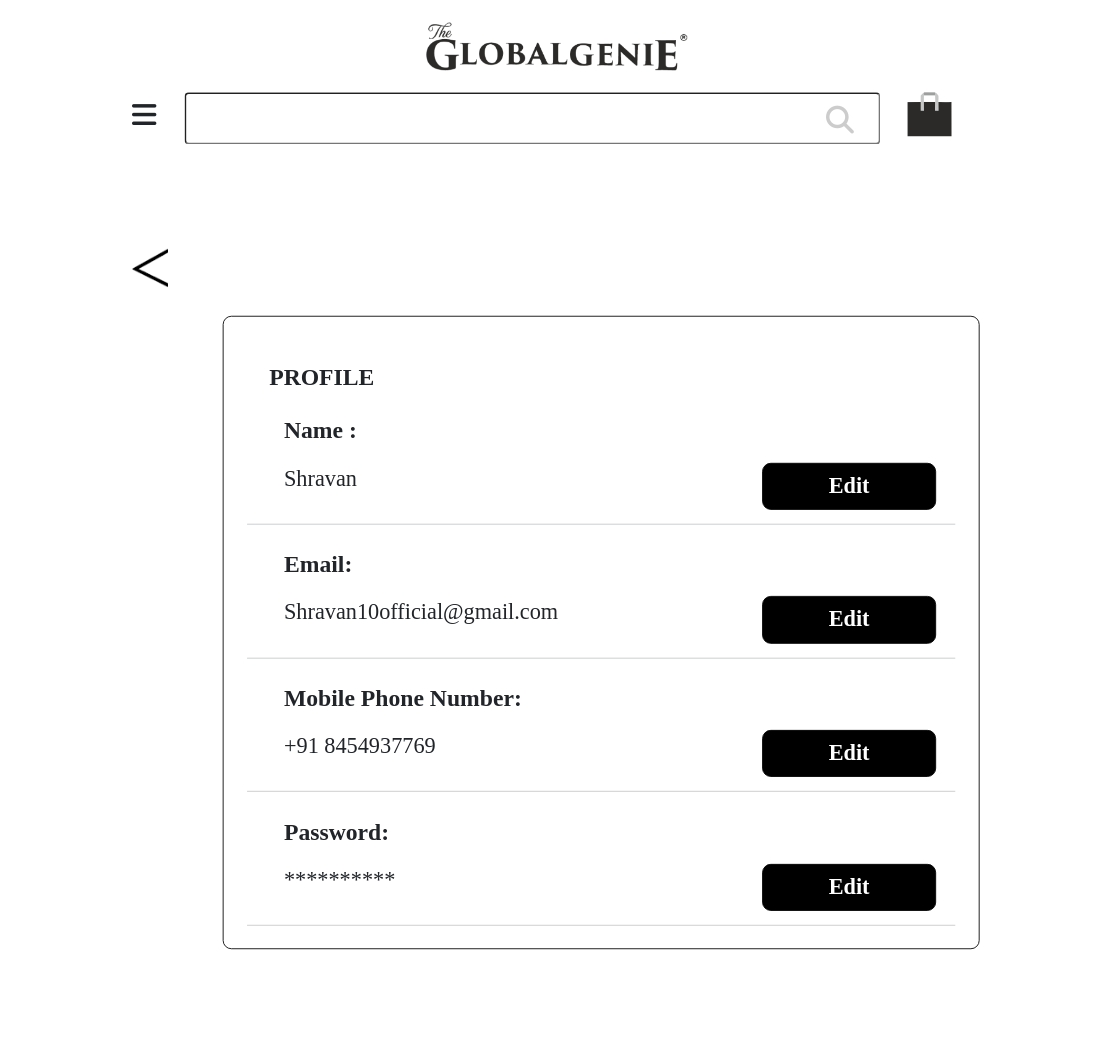
Repository: FlyweisReact/newGlobalGinie
Page: /profile
The author's editor kept a copy of each file at every save. The page is drawn from the files as they stood at one save, then again after the next save.
The browser window is 1280 px wide. The pictures show the whole page, at 87% of full size.
Some web libraries are served in a nearby version. The project was rebuilt for these pictures with package versions that can differ from the ones it lists, and the page was loaded fresh each time. Also part of the build but not shown: src/Component/Footer.js, src/Screen/Return.js, src/Screen/Address.js, src/Screen/AllOrders.js, src/Screen/AllProduct.js, src/Component/Hero2.js, src/Screen/Baby.css, src/Component/Reviews.js and 35 more.

Above is the page before, as saved 2023-02-16 19:31:14.

After the next save:
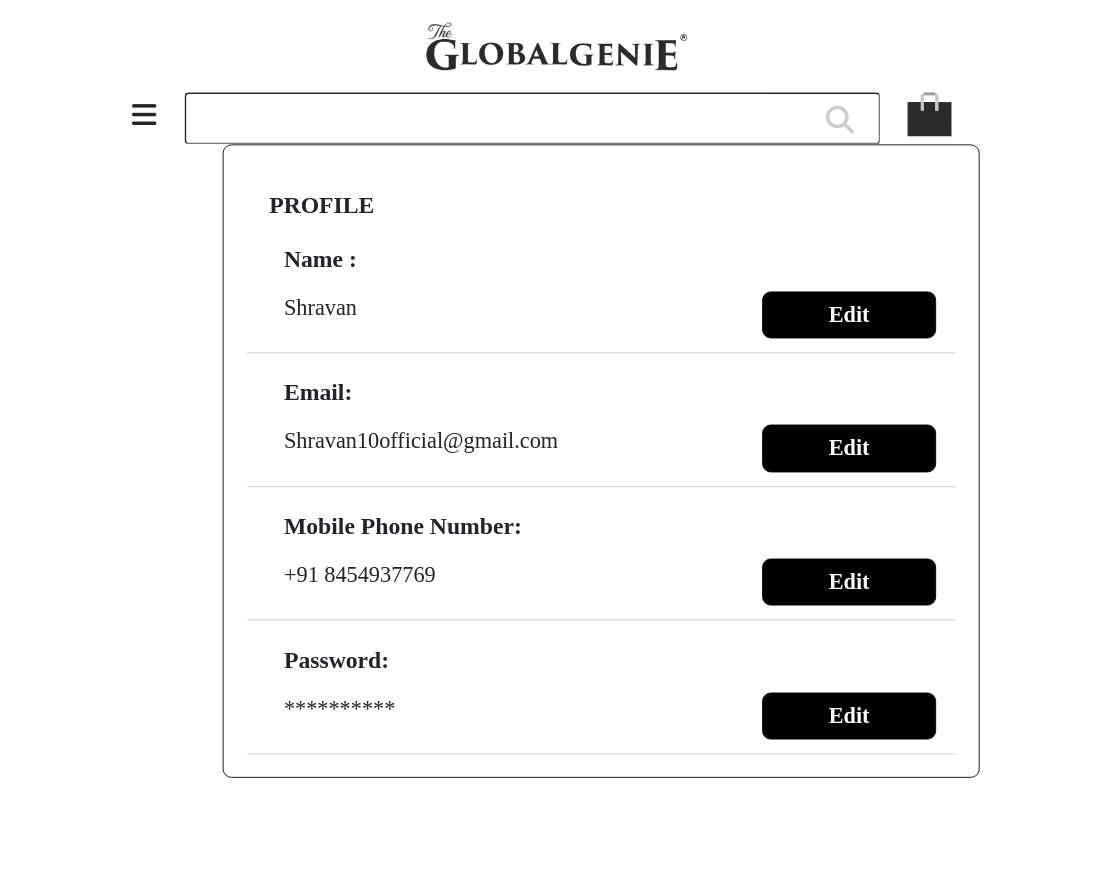
Saved 24 s later.
--- a/src/Screen/Profile.js
+++ b/src/Screen/Profile.js
@@ -11,9 +11,9 @@
 
   return (
     <>
-      <div className="MyOrderHead" style={{ marginTop: "2%" }}>
+      {/* <div className="MyOrderHead" style={{ marginTop: "2%" }}>
         <img src={img1} alt="" />
-      </div>
+      </div> */}
 
       <div className="profileEdit">
         <div className="big">
